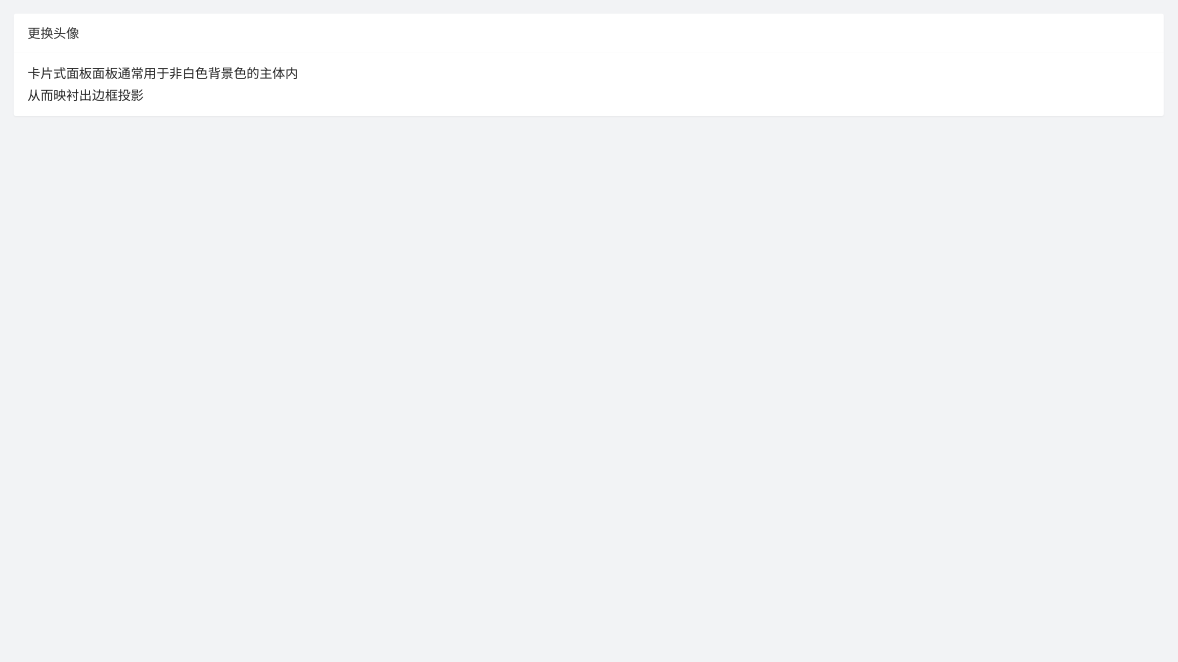
Repository: 1zhoukexin/web_aad
Page: user/user.avatar.html
These files come from the project's save history. The page is drawn as it stood at one moment and after the next save; the edit follows.
The browser window is 1280 px wide. The pictures show the whole page, at 92% of full size.

Above is the page before, as saved 2021-04-17 14:57:48.

After the next save:
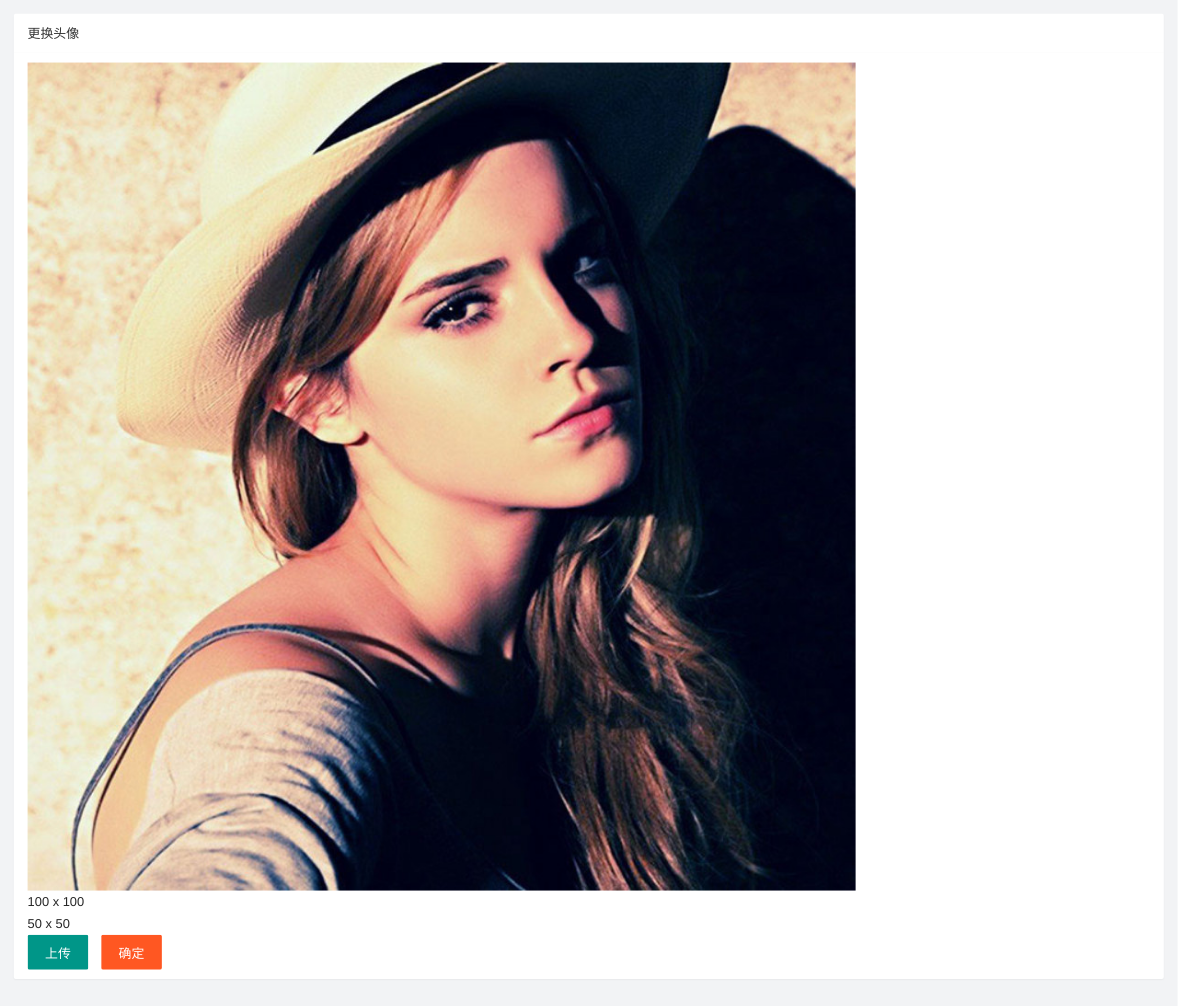
Saved 52 s later.
--- a/user/user.avatar.html
+++ b/user/user.avatar.html
@@ -16,7 +16,33 @@
     <div class="layui-card">
         <div class="layui-card-header">更换头像</div>
         <div class="layui-card-body">
-            卡片式面板面板通常用于非白色背景色的主体内<br> 从而映衬出边框投影
+            <!-- 第一行的图片裁剪和预览区域 -->
+            <div class="row1">
+                <!-- 图片裁剪区域 -->
+                <div class="cropper-box">
+                    <!-- 这个 img 标签很重要，将来会把它初始化为裁剪区域 -->
+                    <img id="image" src="/assets/images/sample.jpg" />
+                </div>
+                <!-- 图片的预览区域 -->
+                <div class="preview-box">
+                    <div>
+                        <!-- 宽高为 100px 的预览区域 -->
+                        <div class="img-preview w100"></div>
+                        <p class="size">100 x 100</p>
+                    </div>
+                    <div>
+                        <!-- 宽高为 50px 的预览区域 -->
+                        <div class="img-preview w50"></div>
+                        <p class="size">50 x 50</p>
+                    </div>
+                </div>
+            </div>
+
+            <!-- 第二行的按钮区域 -->
+            <div class="row2">
+                <button type="button" class="layui-btn">上传</button>
+                <button type="button" class="layui-btn layui-btn-danger">确定</button>
+            </div>
         </div>
     </div>
     <script src="/assets/lib/jquery.js"></script>
